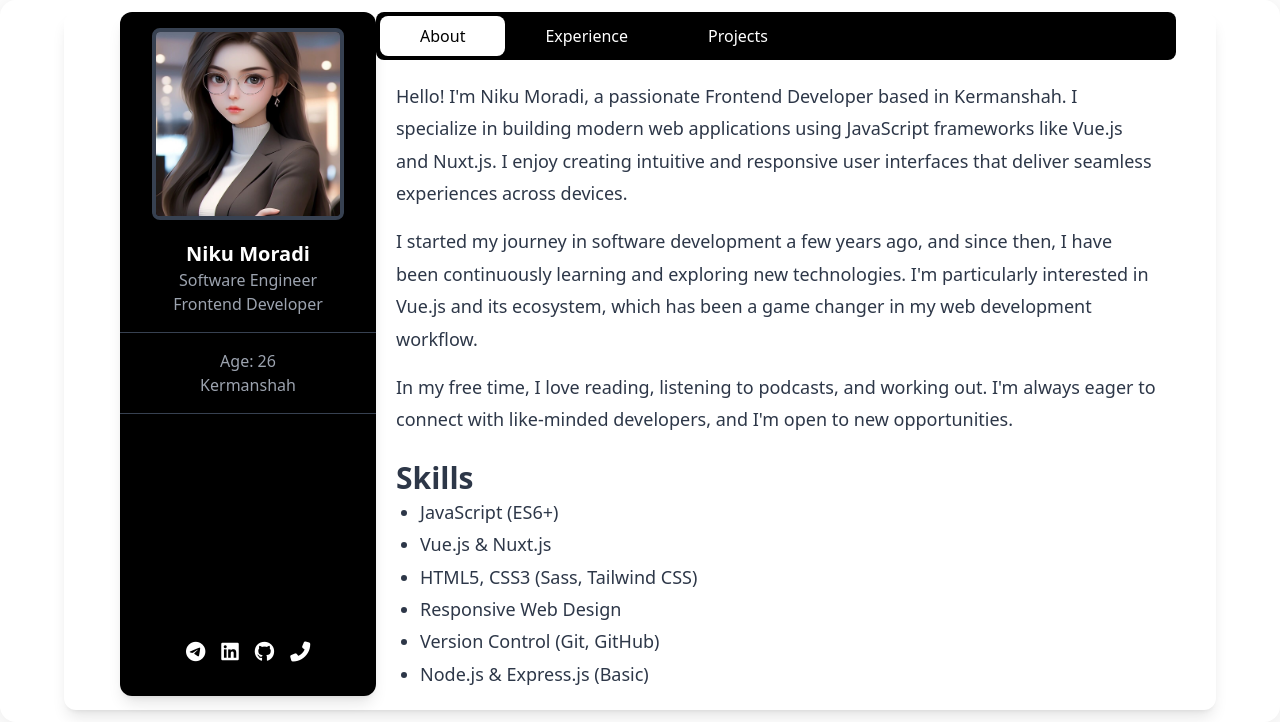
Repository: NikuMoradi/niku-moradi
Page: /About
The author's editor kept a copy of each file at every save. The page is drawn from the files as they stood at one save, then again after the next save.
The browser window is 1280 px wide. The pictures show the whole page.
The project was rebuilt for these pictures with package versions that can differ from the ones it lists, and the page was loaded fresh each time. The framework's server and built-in components were replaced by stand-ins that run in the browser. Also part of the build but not shown: nuxt.config.ts, components/Blog Posts/Component-Design.vue, components/Blog.vue, components/Contact.vue, components/Education.vue, components/Experience.vue, components/Hero.vue, components/MyPage.vue and 3 more.

Above is the page before, as saved 2024-11-28 15:03:55.

After the next save:
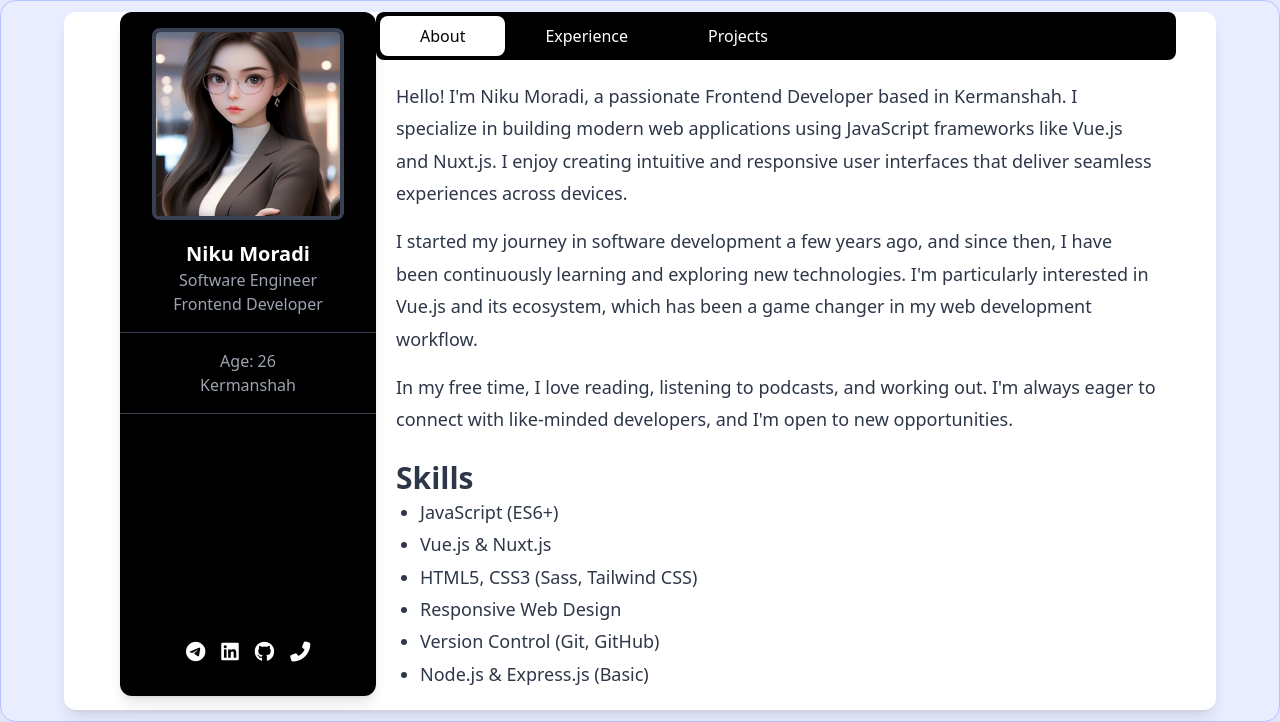
Saved 59 s later.
--- a/assets/css/main.css
+++ b/assets/css/main.css
@@ -4,10 +4,10 @@
 
 body {
   /* From https://css.glass */
-  background: rgba(255, 255, 255, 0.17);
+  background: rgba(126, 149, 255, 0.17);
   border-radius: 16px;
   box-shadow: 0 4px 30px rgba(0, 0, 0, 0.1);
   backdrop-filter: blur(4.7px);
   -webkit-backdrop-filter: blur(4.7px);
-  border: 1px solid rgba(255, 255, 255, 0.47);
+  border: 1px solid rgba(126, 149, 255, 0.47);
 }
